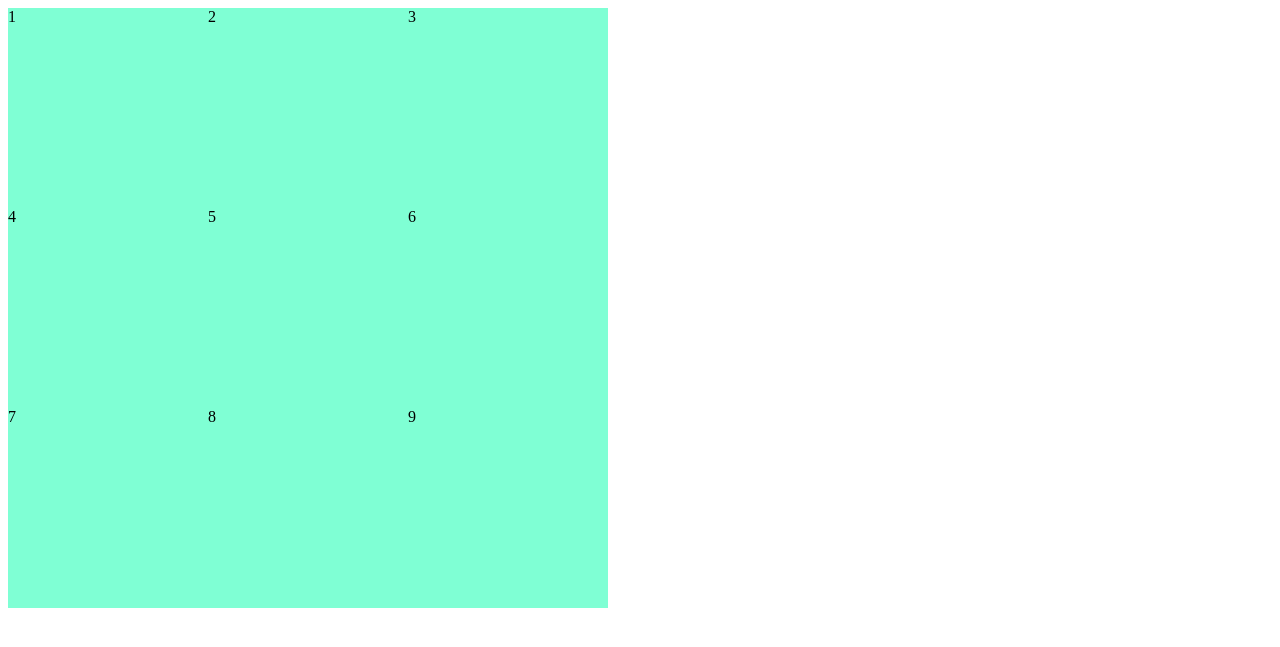
Repository: pwy114pwy/project_01
Page: 03.html
These files come from the project's save history. The page is drawn as it stood at one moment and after a run of saves; the edit follows.
The browser window is 1280 px wide. The pictures show the whole page.

Above is the page before, as saved 2022-12-23 14:07:33.

After the next 11 saves:
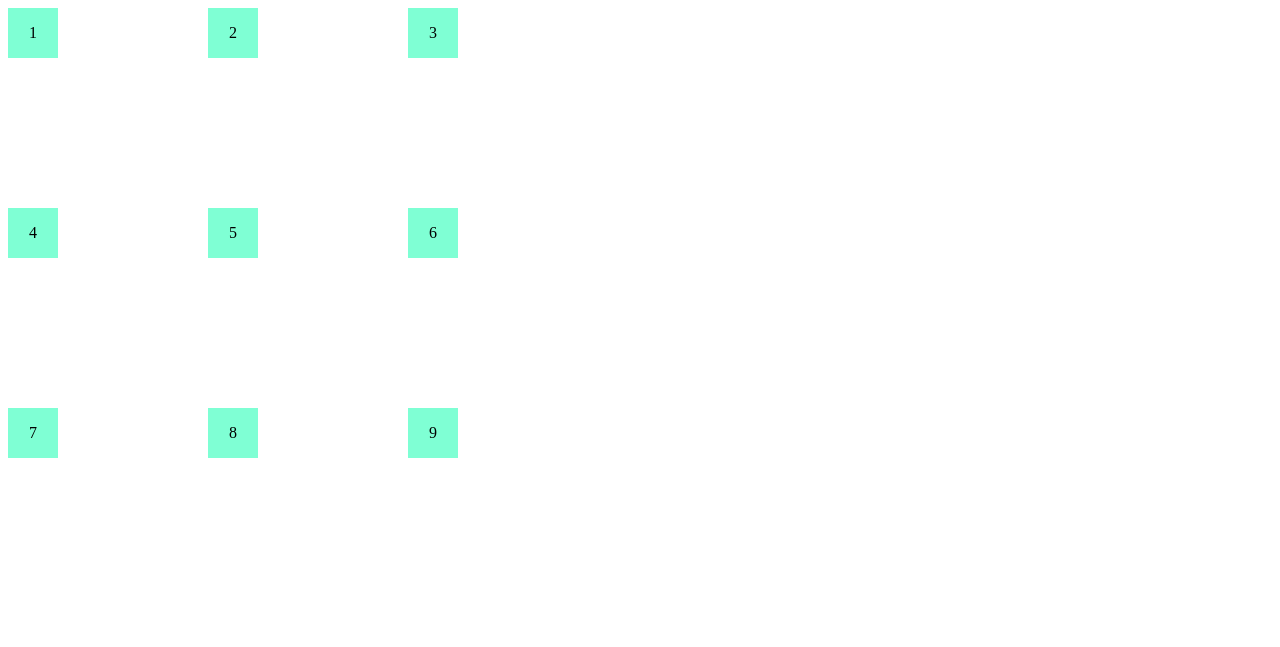
The 11 saves are shown as one change because they came seconds apart.
The last was saved 43 s later.
--- a/03.html
+++ b/03.html
@@ -14,6 +14,10 @@
             grid-template-rows: repeat(3,200px);
         }
         .main div{
+            width: 50px;
+            height: 50px;
+            line-height: 50px;
+            text-align: center;
             background-color: aquamarine;
         }
     </style>
